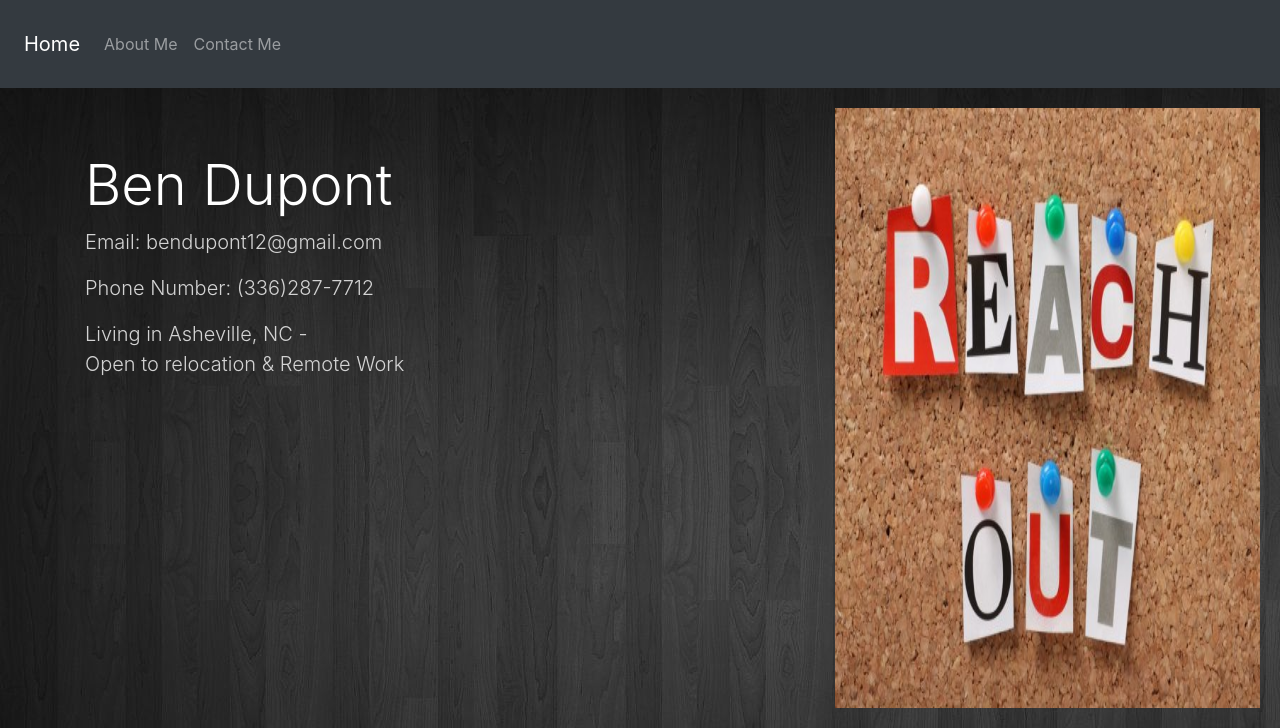
Repository: dupbd/portfolioWebPage
Page: BensSite/src/main/resources/static/contact.html
The author's editor kept a copy of each file at every save. The page is drawn from the files as they stood at one save, then again after the next save.
The browser window is 1280 px wide. The pictures show the whole page.

Above is the page before, as saved 2021-02-07 21:53:50.

### BensSite/src/main/resources/static/contact.html
<!DOCTYPE html>
<html>
<head>
	<title>Ben Dupont</title>
	<link rel="stylesheet" href="style.css">
	<link rel="stylesheet" href="https://cdn.jsdelivr.net/npm/bootstrap@4.5.3/dist/css/bootstrap.min.css" integrity="sha384-TX8t27EcRE3e/ihU7zmQxVncDAy5uIKz4rEkgIXeMed4M0jlfIDPvg6uqKI2xXr2" crossorigin="anonymous">
</head>
<body>

<nav class="navbar navbar-expand-lg navbar-dark bg-dark p-4">
<button class="navbar-toggler" type="button" data-toggle="collapse" data-target="#navbarTogglerDemo03" aria-controls="navbarTogglerDemo03" aria-expanded="false" aria-label="Toggle navigation">
  <span class="navbar-toggler-icon"></span>
</button>
<a class="navbar-brand" href="index.html">Home</a>

<div class="collapse navbar-collapse" id="navbarTogglerDemo03">
<ul class="navbar-nav mr-auto mt-2 mt-lg-0">
  <li class="nav-item">
    <a class="nav-link" href="aboutMe.html">About Me</a>
  </li>
  <li class="nav-item">
  <a class="nav-link" href="contact.html">Contact Me<span class="sr-only">(current)</span></a>
</li>
</ul>
</div>
</nav>

<img class="me" src="reachout.jpg" alt="It's Me" width="425" height="600" style="margin:20px; float:right;">


<div class="jumbotron jumbotron-fluid">
<div class="container">
<h1 class="display-4">Ben Dupont</h1>
<p class="lead">Email: bendupont12@gmail.com</p>
<p class="lead">Phone Number: (336)287-7712</p>
<p class="lead">Living in Asheville, NC - <br>Open to relocation & Remote Work</p>
</div>
</div>



</body>

</html>

### BensSite/src/main/resources/static/style.css
#resume {
	 display: block;
  margin-left: auto;
  margin-right: auto;

}
.card {
	margin-left: 100px;
	margin-top: 0px;
	margin-bottom: 50px;


	}


body {
	background-image: url("background.jpg") !important;
	overflow: auto;
	}

.jumbotron {
	background: none !important;
	margin-bottom: 0px !important;
	}

.lead {
	color: lightgrey;
	}

.display-4 {
	color: white;
	}

.aboutme {
	color: lightgrey;
	margin-left: 15px;
	}

.card-body {
	background-color: lightgrey !important;
	}

After the next save:
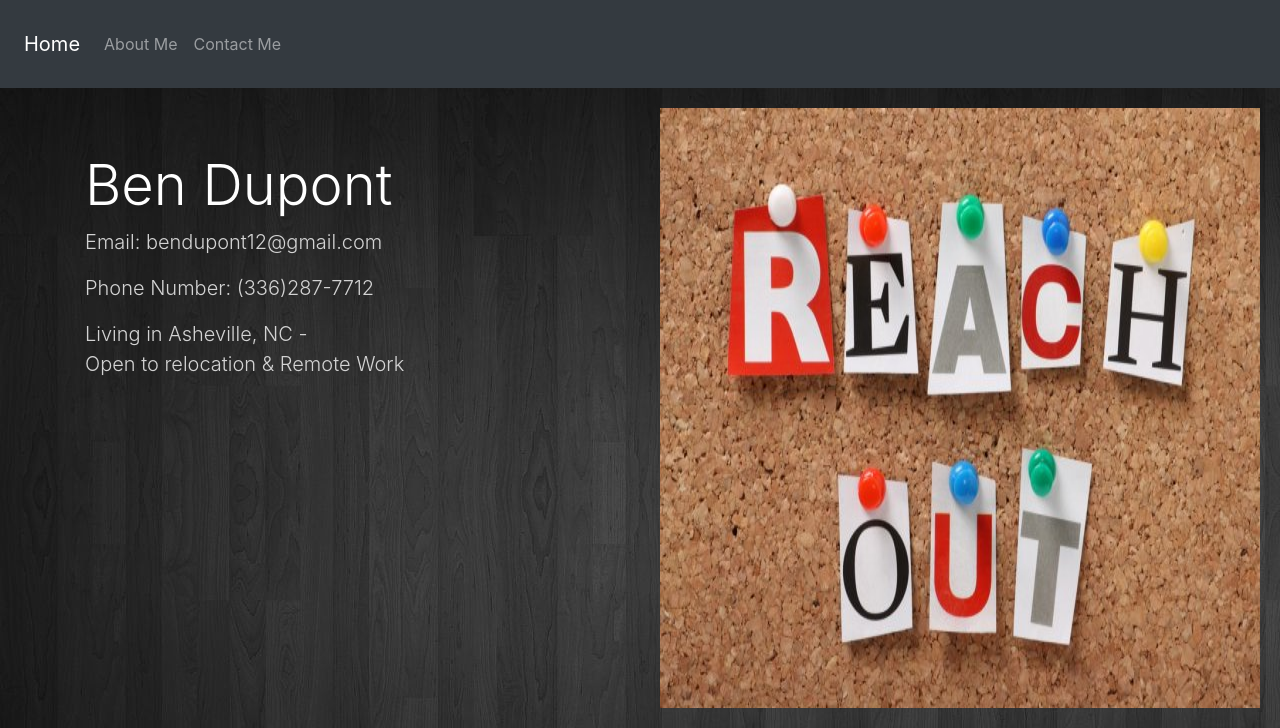
Saved 20 s later.
--- a/BensSite/src/main/resources/static/contact.html
+++ b/BensSite/src/main/resources/static/contact.html
@@ -25,7 +25,7 @@
 </div>
 </nav>
 
-<img class="me" src="reachout.jpg" alt="It's Me" width="425" height="600" style="margin:20px; float:right;">
+<img class="me" src="reachout.jpg" alt="It's Me" width="600" height="600" style="margin:20px; float:right;">
 
 
 <div class="jumbotron jumbotron-fluid">
